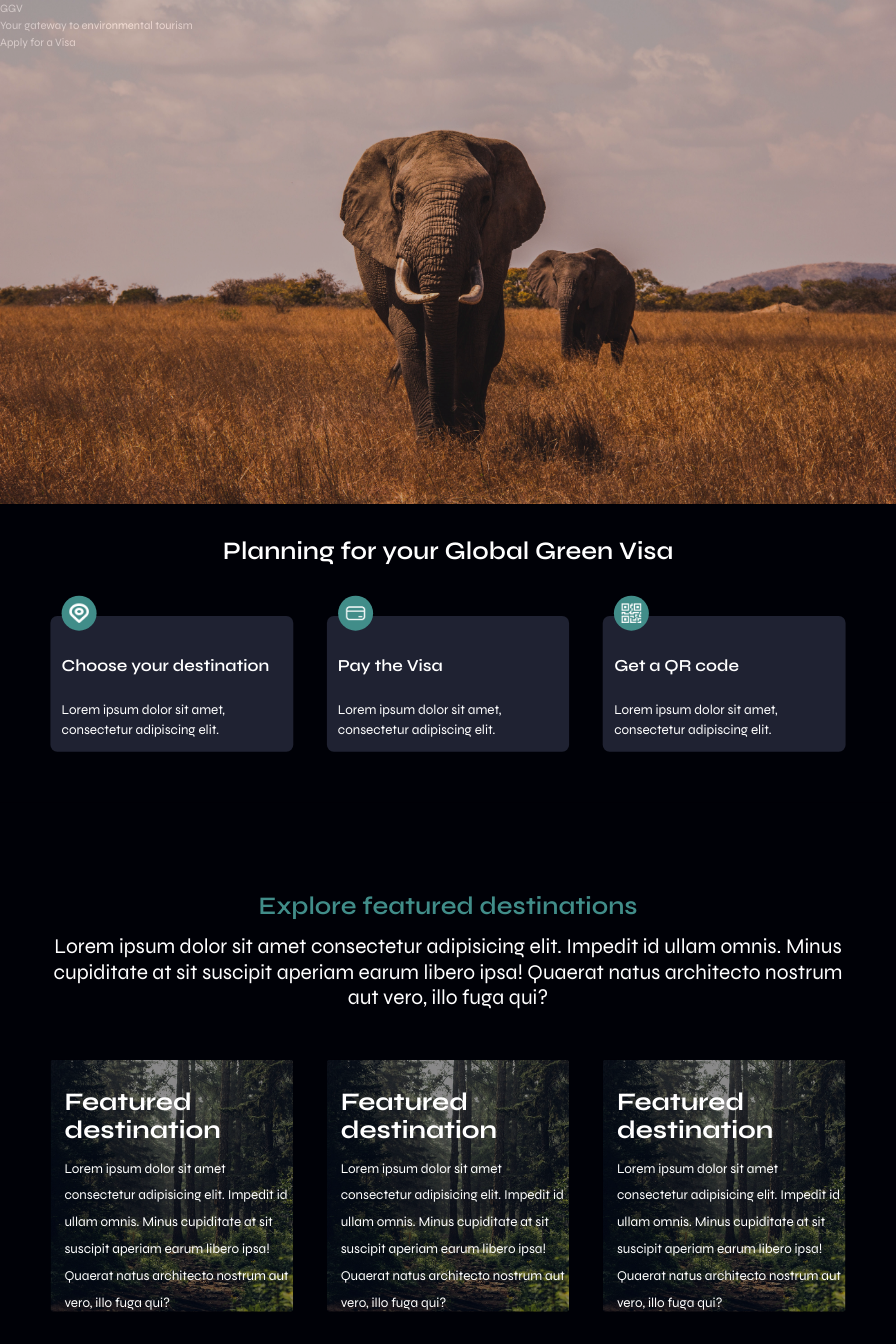
Repository: EngrAhmadUmar/landing-page
Page: /main
An editor plug-in stored every save of this project. The page is shown before and after the next save, followed by the edit.
The browser window is 1280 px wide. The pictures show the part of the page from y = 0 to 1920 px (the page is 2716 px tall), at 70% of full size.
The page's requests for data from a server got no answer. The project was rebuilt for these pictures with package versions that can differ from the ones it lists, and the page was loaded fresh each time. The framework's server and built-in components were replaced by stand-ins that run in the browser. No one was signed in, and anything a server would have sent is missing. Also part of the build but not shown: next.config.js, styles/Home.module.css, src/Components/MainPageComponents/AreasOfConservation.jsx.

Above is the page before, as saved 2022-06-29 12:57:12.

After the next save:
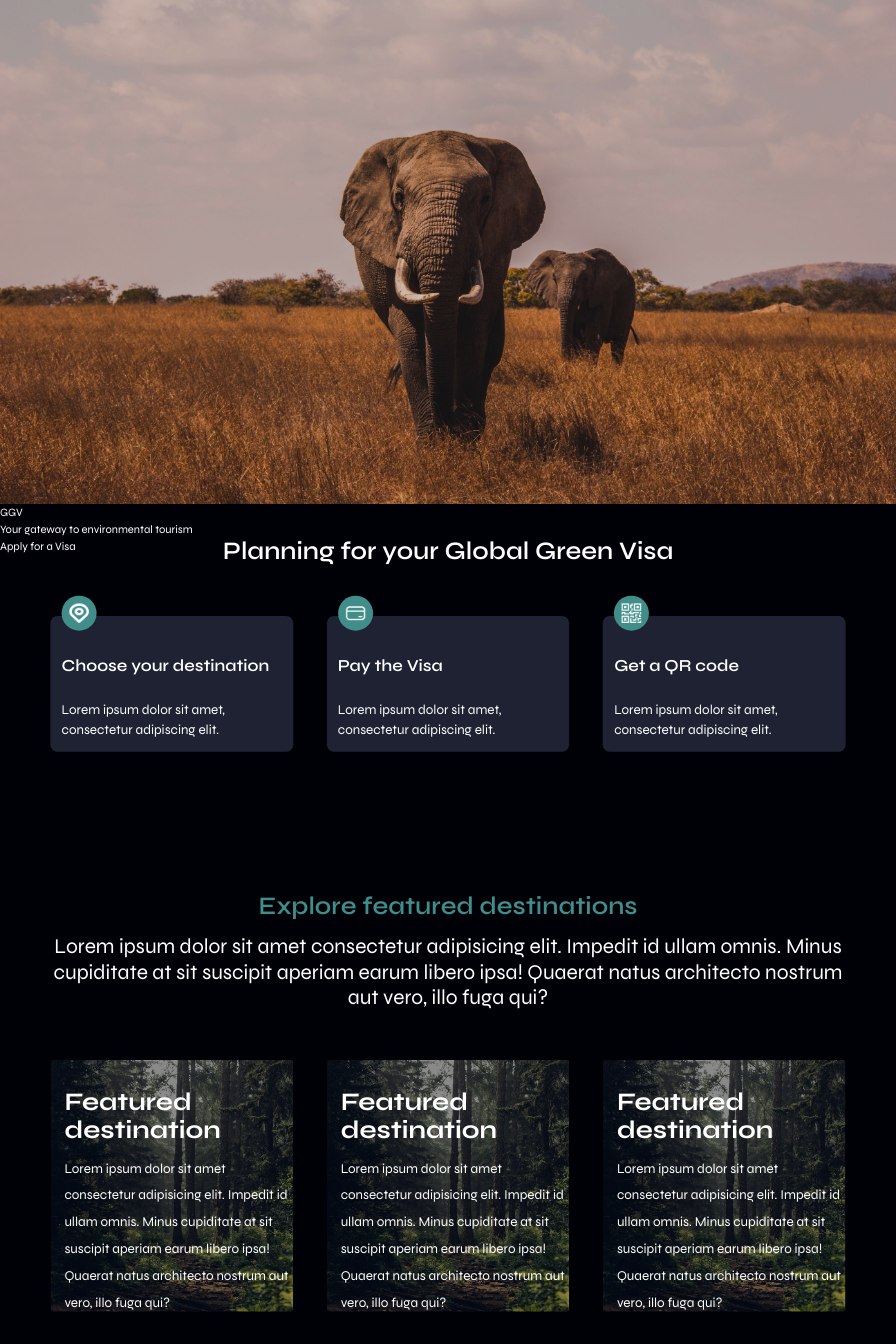
Saved 2 min 13 s later.
--- a/src/Components/MainPageComponents/HeroSection.jsx
+++ b/src/Components/MainPageComponents/HeroSection.jsx
@@ -5,12 +5,12 @@ import Head from "next/head";
 
 const HeroSection = () => {
   return (
-    <div className="text-white h-[100vh] relative">
+    <div className="text-white h-[100vh]">
       <Head>
         <title>Welcome to GGV</title>
         <meta name="description" content="Welcome to GGV" />
       </Head>
-      <div className="absolute h-[100vh] w-[100vw] -z-1 overflow-hidden opacity-80">
+      <div className="relative h-[100vh] w-[100vw] -z-1 overflow-hidden opacity-80">
         <Image
           src="/hero.jpg"
           layout="fill"

After the 2 saves that followed:
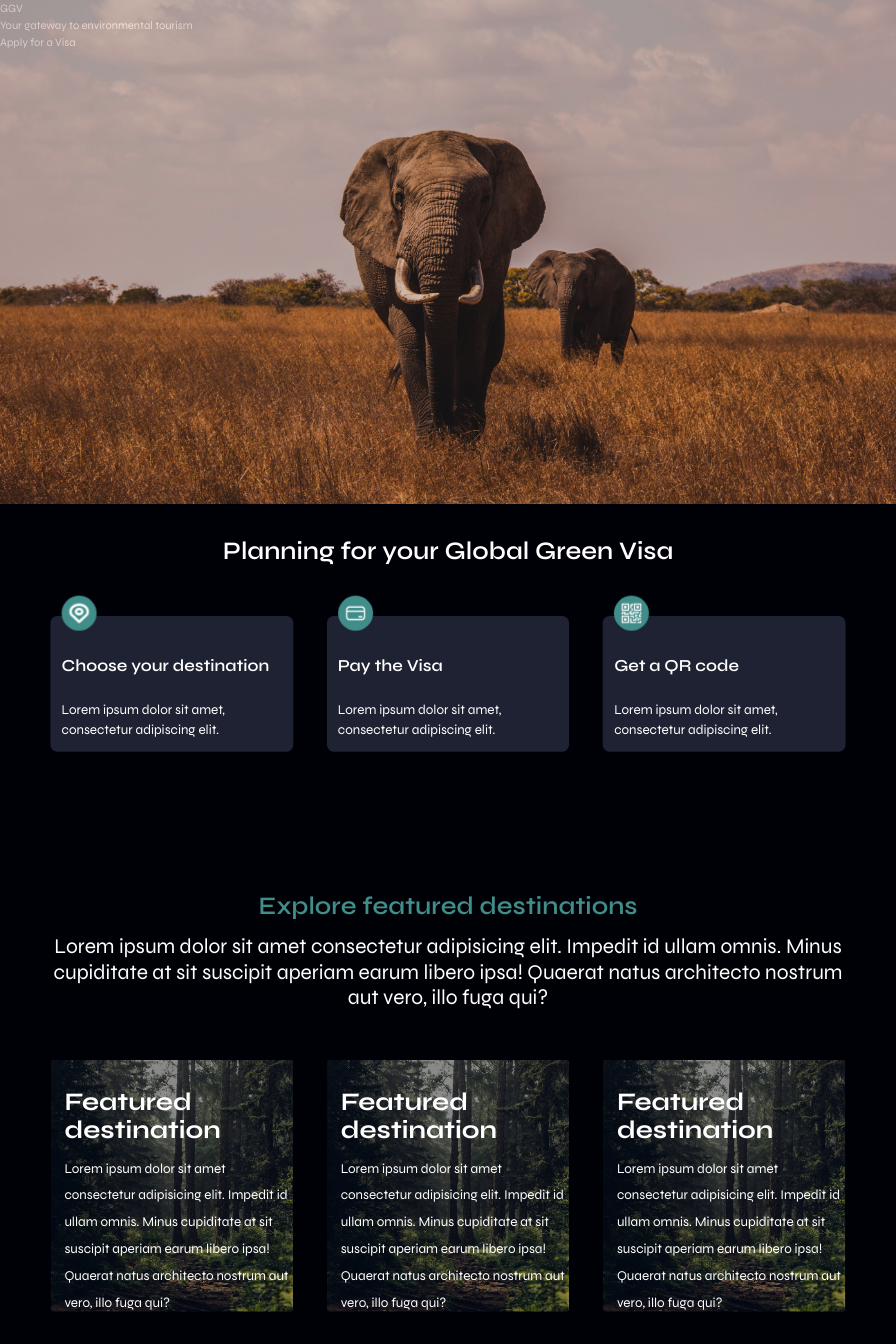
The 2 saves are shown as one change because 1 left the picture as it was.
The last was saved 3 min 46 s later.
--- a/src/Components/MainPageComponents/HeroSection.jsx
+++ b/src/Components/MainPageComponents/HeroSection.jsx
@@ -10,7 +10,7 @@ const HeroSection = () => {
         <title>Welcome to GGV</title>
         <meta name="description" content="Welcome to GGV" />
       </Head>
-      <div className="relative h-[100vh] w-[100vw] -z-1 overflow-hidden opacity-80">
+      <div className="fixed h-[100vh] w-[100vw] -z-1 overflow-hidden opacity-80">
         <Image
           src="/hero.jpg"
           layout="fill"
@@ -19,7 +19,7 @@ const HeroSection = () => {
           alt="hero"
         />
       </div>
-      <div className="opacity-">
+      <div className="">
         <h3>GGV</h3>
         <h3>Your gateway to environmental tourism</h3>
         <Link href="#">
